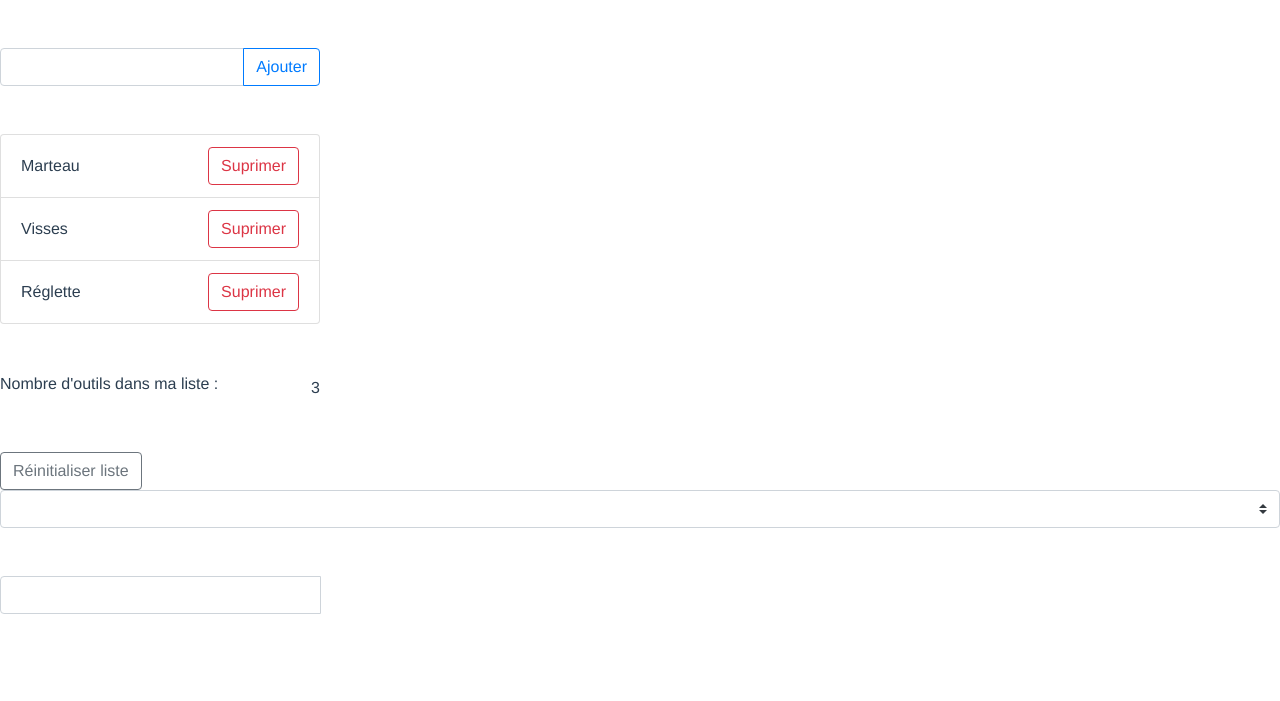
Repository: corentin-e-student/test-vue
Page: /
An editor plug-in stored every save of this project. The page is shown before and after the next save, followed by the edit.
The browser window is 1280 px wide. The pictures show the whole page.
The project was rebuilt for these pictures with package versions that can differ from the ones it lists, and the page was loaded fresh each time. Also part of the build but not shown: vue.config.js.

Above is the page before, as saved 2023-03-09 14:24:13.

### src/main.js
import Vue from 'vue'
import App from './App.vue'
import router from './router'
import store from './store'
import { BootstrapVue } from 'bootstrap-vue'

import 'bootstrap/dist/css/bootstrap.css'
import 'bootstrap-vue/dist/bootstrap-vue.css'

Vue.use(BootstrapVue)
Vue.config.productionTip = false

new Vue({
  router,
  store,
  render: h => h(App)
}).$mount('#app')

### src/store/index.js
import Vue from 'vue'
import Vuex from 'vuex'

import modules from './modules'

Vue.use(Vuex)

export default new Vuex.Store({
  modules
})

### src/views/HomeView.vue
<template>
  <!-- <div>
    <TodoList/>
  </div> -->
  <div>
    <AddToolField/>
    <ToolsList @resetChange="resetTodoList"/>
    <SelectCountry/>
    <AddSiretFieldInput/>
  </div>
</template>

<script>
// @ is an alias to /src
/* import TodoList from '@/components/TodoList.vue' */
import AddToolField from '@/components/AddToolField.vue'
import AddSiretFieldInput from '@/components/AddSiretFieldInput.vue'
import ToolsList from '@/components/ToolsList.vue'
import { mapActions, mapMutations } from 'vuex'
import SelectCountry from '@/components/SelectCountry.vue'

export default {
  name: 'HomeView',
/* components: {
  TodoList
} */
methods: {
  ...mapMutations({
    resetTodoList: "todo/TODO_LIST_SET"
  }),
  ...mapActions("todo", [ "resetList"]),
},
components: {
  AddToolField,
  AddSiretFieldInput,
  ToolsList,
  SelectCountry
}
}
</script>

### src/store/modules/index.js
const requireModule = require.context('.', false, /\.js$/)
const modules = {}

requireModule.keys().forEach(filename => {
  // create the module name from fileName
  const moduleName = filename
    .replace(/(\.\/|\.js|-)/g, '')

  modules[moduleName] = requireModule(filename).default || requireModule(filename)
})

export default modules

### src/components/AddToolField.vue
<template>
    <div id="app-1">
        <b-input-group class="w-25 mt-5">
            <b-form-input type="texte" v-model="toolname"></b-form-input>
            <b-input-group-append>
                <b-button variant="outline-primary"
                @click="addTool(toolname)">
                    Ajouter
                </b-button>
            </b-input-group-append>
        </b-input-group>
    </div>
</template>
<script>
import { mapActions, mapState, mapGetters } from 'vuex'
    export default {
        name: 'AddToolField',
        data: () => ({
            toolname: null
        }),
        computed: {
            ...mapState({
                todoList: state => state.todo.todoList,
            }),
            ...mapGetters("todo", ["publishTodoListLength"]),
        },
        watch: {
            publishTodoListLength() {
                this.toolname=""
            }
        },
        methods: {
            ...mapActions("todo", ["addTool"]),
        }
    }
</script>

### src/components/AddSiretFieldInput.vue
<template>
  <div id="app-1">
      <b-input-group class="w-25 mt-5">
          <b-form-input type="texte" v-model="toolname"></b-form-input>
          <b-input-group-append>
          </b-input-group-append>
      </b-input-group>
  </div>
</template>
<script>

export default {
    name: 'AddSiretFieldInput',
    data: () => ({
    }),
    computed: {

    },
    watch: {

    },
    methods: {

    }
}
</script>

### src/components/ToolsList.vue
<template>
    <div id="app-2">

        <b-list-group class="w-25 mt-5">
            <b-list-group-item class="d-flex justify-content-between align-items-center"
            v-for="(tool, index) in todoList" :key="tool.id">
                {{ tool.name }} <b-button variant="outline-danger"
                @click="removeTool(index)">Suprimer</b-button>
            </b-list-group-item>
        </b-list-group>

        <div class="w-25 mt-5 d-flex b-col justify-content-between align-items-center">
            <label>Nombre d'outils dans ma liste :</label>
            <span>{{ publishTodoListLength }}</span>
        </div>

        <b-button class="d-flex mt-5" variant="outline-secondary"
        @click="$emit('resetChange')">
            Réinitialiser liste
        </b-button>
    </div>
</template>
<script>
    import { mapActions, mapGetters, mapState } from 'vuex'
    export default {
        name: 'ToolsList',
        data: () => ({
            toolname:null
        }),
        computed: {
            ...mapState({
                todoList: state => state.todo.todoList,
            }),
            ...mapGetters("todo", ["publishTodoListLength"]),
        },
        watch: {
            publishTodoListLength(newVal, oldVal) {
                console.log(newVal, oldVal)
            }
        },
        created() {
            this.readTodoList()
        },
        methods: {
            ...mapActions("todo", ["readTodoList", "removeTool"]),
        }
    }
</script>

### src/components/SelectCountry.vue
<template>
  <div id="app-1">
    <b-form-select v-model="selected_country" :options="options"></b-form-select>
  </div>
</template>
<script>

export default {
  name: 'AddSiretFieldInput',
  data: () => ({
    selected: null,
    options: [
      { value: null, text: 'Choisissez un pays' },
      { value: 'a', text: 'Angleterre' },
      { value: 'b', text: 'France' },
      { value: 'c', text: 'Inde' },
      { value: 'd', text: 'Chine'}
    ]
  }),
}
</script>

### src/store/modules/todo.js
const TODO_LIST_SET = "TODO_LIST_SET"
const ADD_TOOL = "ADD_TOOL"
const REMOVE_TOOL = "REMOVE_TOOL"
const RESET_LIST = "RESET_LIST"

function initList() {
  return [{ id: 0, name: 'Marteau' },
  { id: 1, name: 'Visses' },
  { id: 2, name: 'Réglette' }]
}
export default {
  namespaced: true,
  state: {
    todoList: [],
  },
  getters: {
    publishTodoListLength: ({todoList}) => todoList.length
  },
  mutations: {
    [TODO_LIST_SET](state) {
        state.todoList = initList()
    },
    [ADD_TOOL](state, [publishTodoListLength, toolname]) {
      state.todoList.push({id: publishTodoListLength +1, name: toolname})
    },
    [REMOVE_TOOL](state, index) {
      state.todoList.splice(index, 1)
    },
    [RESET_LIST](state) {
      state.todoList = initList()
    },
  },
  actions: {
    readTodoList({commit}) {
        commit(TODO_LIST_SET)
    },
    addTool({commit, getters}, toolname) {
        commit(ADD_TOOL, [getters.publishTodoListLength, toolname])
    },
    removeTool({commit}, index) {
        commit(REMOVE_TOOL, index)
    },
    resetList({commit}) {
      commit(RESET_LIST)
    }
  },
}

Loaded but not shown: public/index.html (common file); src/App.vue (common file); src/router/index.js (common file)

After the next save:
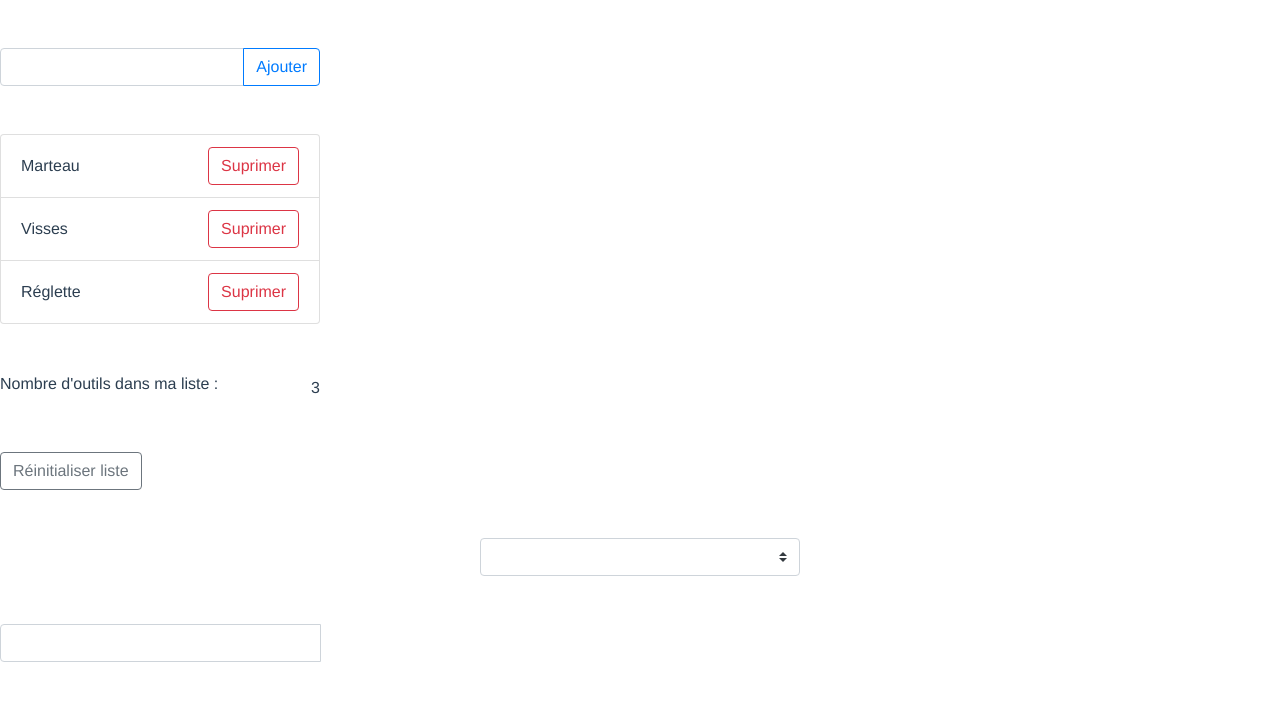
Saved 16 s later.
--- a/src/components/SelectCountry.vue
+++ b/src/components/SelectCountry.vue
@@ -1,6 +1,6 @@
 <template>
   <div id="app-1">
-    <b-form-select v-model="selected_country" :options="options"></b-form-select>
+    <b-form-select class="w-25 mt-5" v-model="selected_country" :options="options"></b-form-select>
   </div>
 </template>
 <script>
